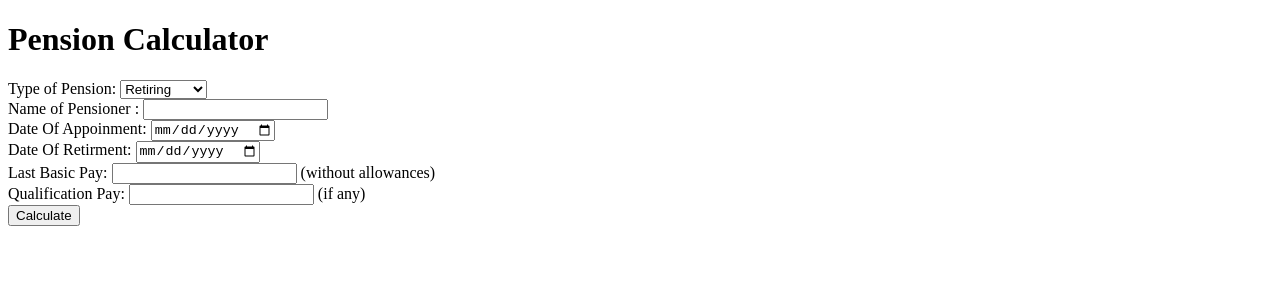
Repository: AQSA-ABDULLAH/RetirementManagmentSystem
Page: RetimentManagmentSystem/src/main/webapp/PensionCalculator.html
An editor plug-in stored every save of this project. The page is shown before and after the next save, followed by the edit.
The browser window is 1280 px wide. The pictures show the whole page.

Above is the page before, as saved 2023-08-13 17:52:55.

After the next save:
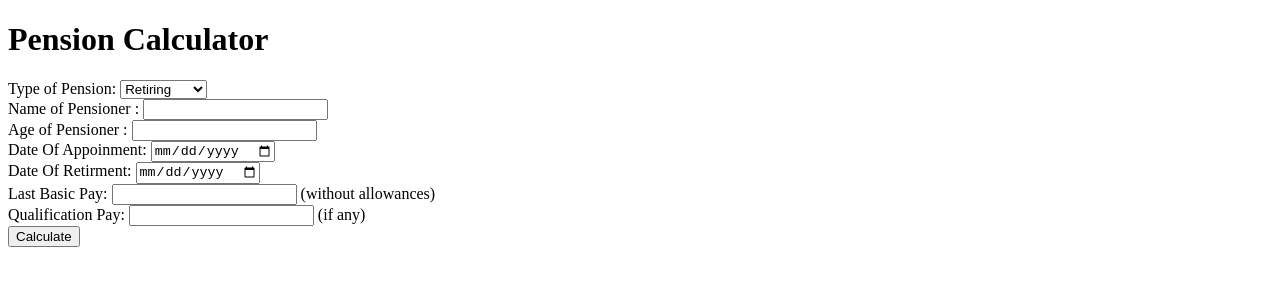
Saved 3 min 47 s later.
--- a/RetimentManagmentSystem/src/main/webapp/PensionCalculator.html
+++ b/RetimentManagmentSystem/src/main/webapp/PensionCalculator.html
@@ -36,6 +36,9 @@
     <label for="name">Name of Pensioner :</label>
     <input type="text" id="name" required><br>
 
+    <label for="age">Age of Pensioner :</label>
+    <input type="number" id="age" required><br>
+
     <label for="DateAppoinment">Date Of Appoinment:</label>
     <input type="date" id="DateApponiment" required><br>
 
